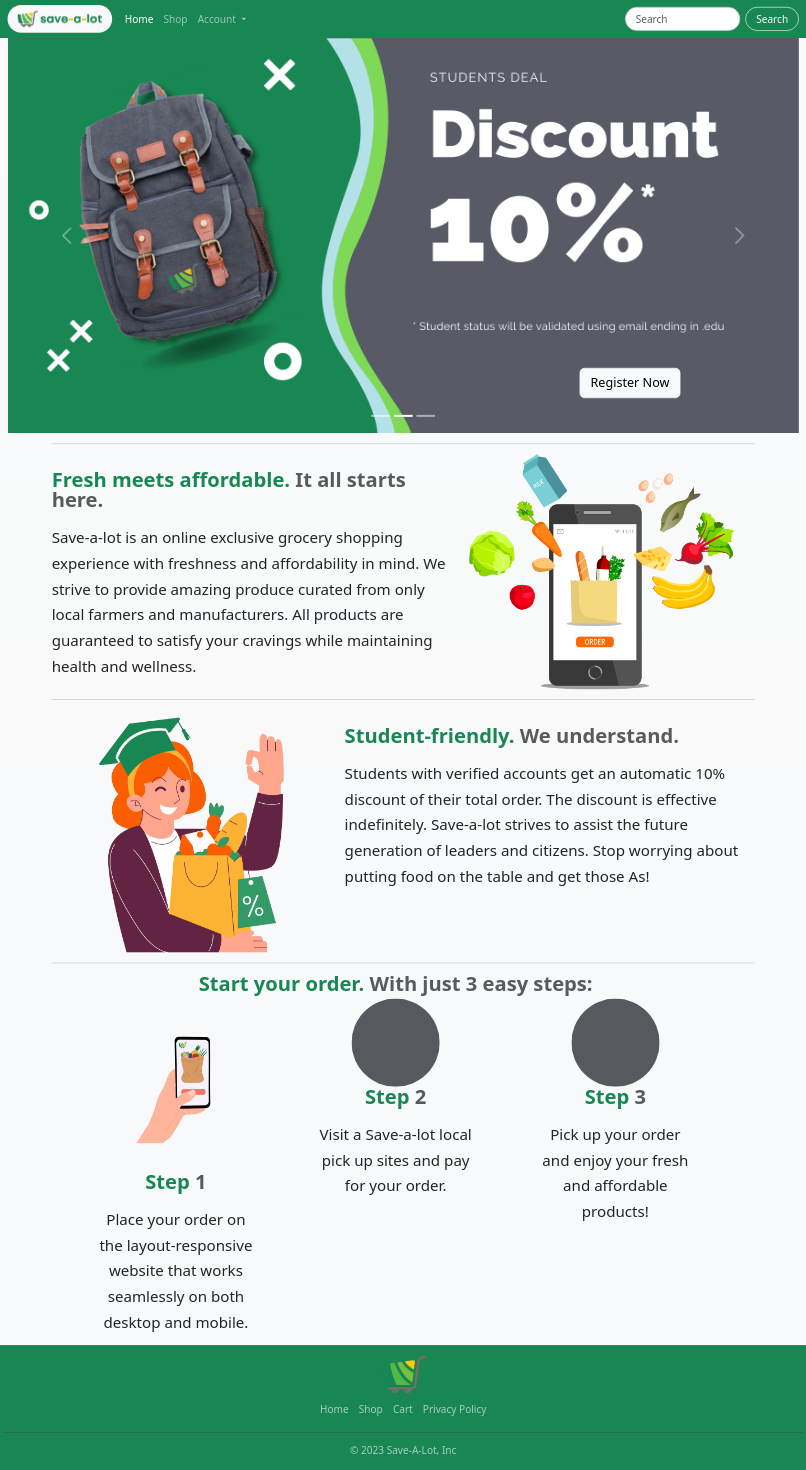
Repository: bill071194/savealot
Page: http://localhost/index
The author's editor kept a record of every edit. The page is drawn from the files as they stood at one moment, then again after the next edit.
The browser window is 1280 px wide. The pictures show the whole page, at 63% of full size.
The page is served by the project's Laravel application, run on PHP 8.4 with Laravel 10. Other server files are loaded and not shown. The database holds what the project's SQL file puts in it.

Above is the page before.

### savealot/routes/web.php
<?php

use Illuminate\Support\Facades\Route;
use App\Http\Controllers\Auth\LoginController;
use App\Http\Controllers\Auth\RegisterController;
use App\Http\Controllers\InventoryController;
use App\Http\Controllers\OrderController;
use App\Http\Controllers\AdminController;
use App\Http\Controllers\UserController;

/*
|--------------------------------------------------------------------------
| Web Routes
|--------------------------------------------------------------------------
|
| Here is where you can register web routes for your application. These
| routes are loaded by the RouteServiceProvider and all of them will
| be assigned to the "web" middleware group. Make something great!
|
*/

// Adding more default view in //
Route::view('/login', 'login');
Route::view('/register', 'register');
Route::view('/privacy', 'privacy');

Auth::routes();

Route::get('/home', [App\Http\Controllers\HomeController::class, 'index'])->name('home');

Route::controller(InventoryController::class)->group(function () {
    Route::get('/', 'homepage');
    Route::get('/index', 'homepage');
    Route::get('/inventory-create', 'create');
    Route::post('/inventory-create', 'store');
    Route::get('/inventory-{id}', 'edit');
    Route::post('/inventory-{id}', 'update');
    Route::post('/inventory/{id}/destroy', 'destroy');
    Route::post('/inventory/{id}/updateQty', 'updateQuantity');
    Route::get('/shop', 'shop');
    Route::get('/shop/{id}', 'show');
    Route::post('/shop/{id}/addToCart', 'addToCart');
    Route::post('/shop/{id}/removeFromCart', 'removeFromCart');
    Route::get('/search', 'search');
    Route::get('/cart', 'cart');
    Route::post('/emptyCart', 'emptyCart');
    Route::get('/uploadfile', 'uploadCSV');
    Route::post('/uploadfile', 'importCSV');
    Route::get('/uploadpicture', 'uploadPicture');
    Route::post('/uploadpicture', 'movePicture');
});

Route::controller(OrderController::class)->group(function () {
    Route::post('/cart/checkout', 'checkOut');
    Route::get('/orderhistory', 'orderHistory');
    Route::put('/order/{id}', 'update');
    Route::delete('/order/{id}', 'destroy');
});

Route::controller(AdminController::class)->group(function () {
    Route::get('/inventory', 'inventoriesDashboard');
    Route::get('/admin', 'adminRedirect');
    Route::get('/adminDashboard', 'adminDashboard');
    Route::get('/orders', 'ordersDashboard');
    Route::get('/ordersList', 'allOrders');
    Route::get('/users', 'usersDashboard');
    Route::get('/usersList', 'allUsers');
    Route::get('/transactions', 'transactionsDashboard');
});

Route::controller(UserController::class)->group(function () {
    Route::put('/user/{id}', 'update');
    Route::delete('/user/{id}', 'destroy');
});

### savealot/app/Models/Inventory.php
<?php

namespace App\Models;

use Illuminate\Database\Eloquent\Factories\HasFactory;
use Illuminate\Database\Eloquent\Model;

class inventory extends Model
{
    use HasFactory;

    protected $fillable = [
        'prod_name',
        'prod_description',
        'prod_purchase_price',
        'prod_selling_price',
        'prod_units',
        'prod_size',
        'prod_quantity',
        'prod_picture',
        'prod_color',
        'competitor_saveonfoods',
        'competitor_tnt',
        'competitor_walmart',
    ];
}

### savealot/resources/views/index.blade.php
@extends('layouts.base1b')

@section('title', 'Save-a-lot Home')
@section('activeHome', 'active')

@section('main')
<div id="myCarousel" class="carousel slide" data-bs-ride="carousel">
    <div class="carousel-indicators">
      <button type="button" data-bs-target="#myCarousel" data-bs-slide-to="0" class="active" aria-label="Slide 1" aria-current="true"></button>
      <button type="button" data-bs-target="#myCarousel" data-bs-slide-to="1" aria-label="Slide 2" class=""></button>
      <button type="button" data-bs-target="#myCarousel" data-bs-slide-to="2" aria-label="Slide 3" class=""></button>
    </div>
    <div class="carousel-inner">
      <div class="carousel-item active">
        <img src="pics/carousel1.png" alt="carousel1" class="center">
        <div class="container">
          <div class="carousel-caption">
            <p><a class="btn btn-lg btn-success" href="/shop">Shop Now</a></p>
          </div>
        </div>
      </div>
      <div class="carousel-item">
        <img src="pics/carousel2.png" alt="carousel2" class="center">
        <div class="container">
          <div class="carousel-caption text-end">
            <p><a class="btn btn-lg btn-light" href="/register">Register Now</a></p>
          </div>
        </div>
      </div>
      <div class="carousel-item">
        <img src="pics/carousel3.png" alt="carousel3" class="center">
        <div class="container">
        </div>
      </div>
    </div>
    <button class="carousel-control-prev" type="button" data-bs-target="#myCarousel" data-bs-slide="prev">
      <span class="carousel-control-prev-icon" aria-hidden="true"></span>
      <span class="visually-hidden">Previous</span>
    </button>
    <button class="carousel-control-next" type="button" data-bs-target="#myCarousel" data-bs-slide="next">
      <span class="carousel-control-next-icon" aria-hidden="true"></span>
      <span class="visually-hidden">Next</span>
    </button>
</div>

<div class="container marketing">

    <!-- START THE FEATURETTES -->

    <hr class="featurette-divider">

    <div class="row featurette">
      <div class="col-md-7">
        <br>
        <h2 class="featurette-heading fw-bold lh-1 text-success">Fresh meets affordable. <span class="text-body-secondary">It all starts here.</span></h2>
        <p class="lead">Save-a-lot is an online exclusive grocery shopping experience with freshness and affordability in mind. We strive to
        provide amazing produce curated from only local farmers and manufacturers. All products are guaranteed to satisfy your cravings while maintaining
        health and wellness.</p>
      </div>
      <div class="col-md-5">
        <img class="featurette" src="pics/featurette1.png">
      </div>
    </div>

    <hr class="featurette-divider">

    <div class="row featurette">
      <div class="col-md-7 order-md-2">
        <br>
        <h2 class="featurette-heading fw-bold lh-1 text-success">Student-friendly. <span class="text-body-secondary">We understand.</span></h2>
        <p class="lead">Students with verified accounts get an automatic <strong>10% discount</strong> of their total order. The discount is effective indefinitely.
        Save-a-lot strives to assist the future generation of leaders and citizens. Stop worrying about putting food on the table and get those As!</p>
      </div>
      <div class="col-md-5 order-md-1">
        <img class="featurette" src="pics/featurette2.png">
      </div>
    </div>

    <hr class="featurette-divider">

    <!-- /END THE FEATURETTES -->

    <!-- START 3 COLUMNS OF STEPS -->
    <div class="row featurette justify-content-evenly">
      <h2 class="featurette-heading fw-bold lh-1 text-success text-center">Start your order. <span class="text-body-secondary">With just 3 easy steps:</span></h2>
      <div class="col-lg-3 text-center">
        <img class="steps" src="pics/step1.png" alt="step1">
        <h2 class="featurette-heading fw-bold lh-1 text-success text-center">Step <span class="text-body-secondary">1</span></h2>
        <p class="lead">Place your order on the layout-responsive website that works seamlessly on both desktop and mobile.</p>
      </div><!-- /.col-lg-4 -->
      <div class="col-lg-3 text-center">
        <svg class="bd-placeholder-img rounded-circle" width="140" height="140" xmlns="http://www.w3.org/2000/svg" role="img" aria-label="Placeholder" preserveAspectRatio="xMidYMid slice" focusable="false"><title>Placeholder</title><rect width="100%" height="100%" fill="var(--bs-secondary-color)"></rect></svg>
        <h2 class="featurette-heading fw-bold lh-1 text-success text-center">Step <span class="text-body-secondary">2</span></h2>
        <p class="lead">Visit a Save-a-lot local pick up sites and pay for your order.</p>
      </div><!-- /.col-lg-4 -->
      <div class="col-lg-3 text-center">
        <svg class="bd-placeholder-img rounded-circle" width="140" height="140" xmlns="http://www.w3.org/2000/svg" role="img" aria-label="Placeholder" preserveAspectRatio="xMidYMid slice" focusable="false"><title>Placeholder</title><rect width="100%" height="100%" fill="var(--bs-secondary-color)"></rect></svg>
        <h2 class="featurette-heading fw-bold lh-1 text-success text-center">Step <span class="text-body-secondary">3</span></h2>
        <p class="lead">Pick up your order and enjoy your fresh and affordable products!</p>
      </div><!-- /.col-lg-4 -->
    </div>
    <!-- END COLUMNS -->

  </div>

@endsection

### savealot/public/savealot.sql (the tables this page reads)
CREATE TABLE `inventories` (
  `id` bigint(20) UNSIGNED NOT NULL,
  `prod_name` varchar(255) NOT NULL,
  `prod_description` varchar(255) DEFAULT NULL,
  `prod_purchase_price` decimal(9,2) DEFAULT NULL,
  `prod_selling_price` decimal(9,2) DEFAULT NULL,
  `prod_units` varchar(255) DEFAULT NULL,
  `prod_size` int(11) DEFAULT NULL,
  `prod_quantity` int(11) DEFAULT NULL,
  `prod_picture` varchar(255) DEFAULT NULL,
  `prod_color` text DEFAULT '#198754',
  `prod_sold` int(11) NOT NULL DEFAULT 0,
  `prod_revenue` decimal(12,2) NOT NULL DEFAULT 0.00,
  `competitor_saveonfoods` decimal(8,2) DEFAULT NULL,
  `competitor_tnt` decimal(8,2) DEFAULT NULL,
  `competitor_walmart` decimal(8,2) DEFAULT NULL,
  `created_at` timestamp NULL DEFAULT NULL,
  `updated_at` timestamp NULL DEFAULT NULL
) ENGINE=InnoDB DEFAULT CHARSET=utf8mb4 COLLATE=utf8mb4_unicode_ci;

INSERT INTO `inventories` (`id`, `prod_name`, `prod_description`, `prod_purchase_price`, `prod_selling_price`, `prod_units`, `prod_size`, `prod_quantity`, `prod_picture`, `prod_color`, `prod_sold`, `prod_revenue`, `competitor_saveonfoods`, `competitor_tnt`, `competitor_walmart`, `created_at`, `updated_at`) VALUES
(2, 'Yakisoba Chow Mein', 'These noodles don\'t taste like either Yakisoba or Chow Mein, but they\'re still pretty good. Especially at this price!', 4.00, 6.00, '5x102g', 510, 21, 'pics/Yakisoba_Noodles.jpg', '#ffc200', 18, 108.00, 7.39, NULL, NULL, NULL, '2023-04-09 04:10:17'),
(3, 'Unsalted Cashews', 'These cashews are cheaper than they are at other stores.', 10.00, 13.00, NULL, 800, 10, 'pics/Unsalted_Cashews.webp', '#ef5c02', 1, 13.00, 19.99, 17.99, NULL, '2023-03-21 12:38:50', '2023-04-09 09:30:48'),
(4, 'Salted Cashews', 'These cashews are saltier than other cashews.', 10.00, 13.00, NULL, 800, 17, 'pics/Salted_Cashews.webp', '#4abbe7', 1, 13.00, 19.99, 17.99, NULL, NULL, '2023-04-09 04:10:27'),
(7, 'Que Pasa Yellow Tortilla Chips', 'These whole grain corn tortilla chips are yellow and only a little bit salty.', 3.00, 4.50, NULL, 350, 23, 'pics/Que_Pasa_Yellow.jpg', '#ffb95b', 13, 58.50, 5.69, NULL, 4.97, '2023-03-21 08:27:27', '2023-04-09 04:10:04'),
(8, 'Que Pasa Blue Tortilla Chips', 'These whole grain corn tortilla chips are blue and a little bit salty.', 3.00, 4.50, NULL, 350, 22, 'pics/Que_Pasa_Blue.jpg', '#698abd', 13, 58.50, 5.69, NULL, 4.97, '2023-03-21 08:32:18', '2023-04-09 04:10:02'),
(9, 'Que Pasa Red Tortilla Chips', 'These whole grain corn chips are red and a little bit salty.', 3.00, 4.50, NULL, 350, 22, 'pics/Que_Pasa_Red.jpg', '#f4685a', 13, 58.50, 5.69, NULL, 4.97, '2023-03-21 08:36:30', '2023-04-09 04:10:00'),
(21, 'Kellogg\'s Fun Pac Cereal', '8 small packages of cereal, including Rice Krispies, Corn Pops!, Froot Loops, and Frosted Flakes. Theeyyy\'re great!', 4.00, 6.00, '8x210g', 1680, 13, 'pics/Kellogg\'s Fun Pac Cereal.jpeg', '#00bcfa', 4, 24.00, 6.29, NULL, 4.97, '2023-03-29 03:45:03', '2023-04-09 06:31:44'),
(22, 'Pop Tarts Jumbo Pack', '24-pack of Pop Tarts with three flavours: Strawberry, Blueberry, Raspberry', 7.00, 8.50, '24x48g', 1150, 15, 'pics/Pop Tarts Jumbo Pack.jpeg', '#00afef', 5, 42.50, 11.49, NULL, NULL, '2023-03-29 03:50:16', '2023-04-09 04:10:08'),
(23, 'Lay\'s Chips Variety Pack', '18 packages of Lay\'s chips: 6 Original, 4 Bar-B-Q, 4 Ketchup, 4 Salt & Vinegar. Warning, most of these flavours are polarizing.', 8.00, 9.25, '18x28g', 504, 16, 'pics/Lays Mix Variety Pack.jpeg', '#e69f0d', 4, 37.00, 14.49, NULL, 9.27, '2023-03-29 03:57:12', '2023-04-09 04:10:09'),
(24, 'Hardbite Ghost Pepper Chips', 'These Hardbite Sweet Ghost Pepper Potato Chips are pretty spicy. Eat them at your own risk.', 3.50, 4.50, NULL, 128, 21, 'pics/Hardbite Ghost Pepper Chips.jpeg', '#a72c3b', 14, 63.00, 4.99, NULL, 4.47, '2023-03-29 04:02:41', '2023-04-09 04:10:20'),
(25, 'Miss Vickie\'s Favourites Chips', '10 packs of Miss Vickie\'s potato chips: 4 Original Recipe, 3 Sweet Chili & Sour Cream, 3 Sea Salt & Malt Vinegar', 5.00, 6.50, '10x24g', 240, 16, 'pics/Miss Vickie\'s Favourites.jpeg', '#efe2ba', 9, 58.50, 9.29, NULL, 6.97, '2023-03-29 04:26:14', '2023-04-09 04:09:58'),
(34, 'Monster Energy - Mango Loco', 'This 4 pack of Monster Energy - Mango Loco packs a punch! It combines the taste of a regular energy drink with a lot of real fruit juices and ends up being delicious.', 8.00, 9.50, '4x473ml', NULL, 16, 'pics/Monster_Punch_Mango.jpeg', '#269fcc', 14, 133.00, 13.49, NULL, 9.97, '2023-04-08 10:07:14', '2023-04-09 08:58:51'),
(36, 'Monster Energy - Zero Ultra', 'Despite having almost no calories, this 4-pack of Monster Energy Zero Ultra will boost your energy, all with a smooth taste', 8.00, 9.50, '4x473ml', NULL, 13, 'storage/pics/Monster_Zero_Ultra.jpeg', '#f0f0f0', 7, 66.50, 13.49, NULL, 9.97, '2023-04-09 03:04:18', '2023-04-09 04:10:18'),
(46, 'Monster Energy', 'The original Monster Energy flavour in a pack of 4.', 8.00, 9.50, '4x473ml', NULL, 14, 'storage/pics/Monster_Energy.jpeg', '#86ca00', 6, 57.00, 13.49, NULL, 9.97, '2023-04-09 03:44:02', '2023-04-09 04:10:06'),
(51, 'Coca-Cola - Coke Zero', 'These 12 cans of Coca-Cola Zero have no sugar!', 5.00, 6.50, '12x355ml', 4260, 20, 'storage/pics/Coca-Cola_Zero.jpeg', '#cc3333', 0, 0.00, 8.29, 0.00, 0.00, '2023-04-10 02:59:59', '2023-04-10 02:59:59'),
(52, 'Pepsi - Cola Cans', 'These 12 cans of Pepsi have lots of sugar!', 5.00, 6.50, '12x355ml', 4260, 20, 'storage/pics/Pepsi-Cola.jpeg', '#3366cc', 0, 0.00, 8.29, 0.00, 0.00, '2023-04-10 02:59:59', '2023-04-10 02:59:59');

ALTER TABLE `inventories`
  ADD PRIMARY KEY (`id`),
  ADD UNIQUE KEY `inventory_prod_name_unique` (`prod_name`);

ALTER TABLE `inventories`
  MODIFY `id` bigint(20) UNSIGNED NOT NULL AUTO_INCREMENT, AUTO_INCREMENT=53;

Loaded but not shown: savealot/app/Http/Controllers/Auth/ConfirmPasswordController.php (common file); savealot/app/Http/Controllers/Controller.php (common file); savealot/public/bootstrap.css (library); savealot/public/bootstrap.bundle.js (library); savealot/resources/views/layouts/base1b.blade.php (225 lines, source omitted); savealot/app/Http/Controllers/InventoryController.php (270 lines, source omitted)

After the next edit:
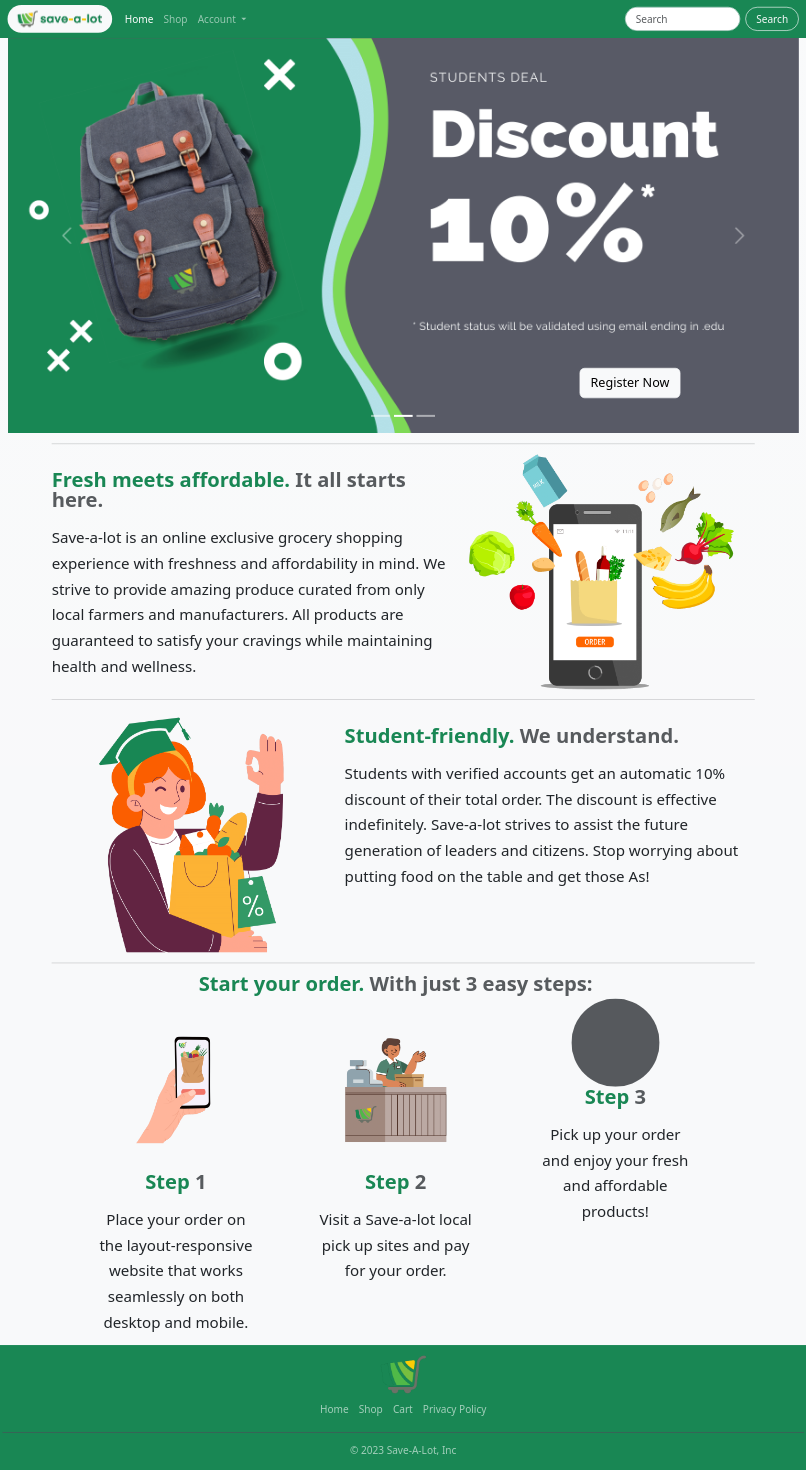
The edit:
--- a/savealot/resources/views/index.blade.php
+++ b/savealot/resources/views/index.blade.php
@@ -89,7 +89,7 @@
         <p class="lead">Place your order on the layout-responsive website that works seamlessly on both desktop and mobile.</p>
       </div><!-- /.col-lg-4 -->
       <div class="col-lg-3 text-center">
-        <svg class="bd-placeholder-img rounded-circle" width="140" height="140" xmlns="http://www.w3.org/2000/svg" role="img" aria-label="Placeholder" preserveAspectRatio="xMidYMid slice" focusable="false"><title>Placeholder</title><rect width="100%" height="100%" fill="var(--bs-secondary-color)"></rect></svg>
+        <img class="steps" src="pics/step2.png" alt="step1">
         <h2 class="featurette-heading fw-bold lh-1 text-success text-center">Step <span class="text-body-secondary">2</span></h2>
         <p class="lead">Visit a Save-a-lot local pick up sites and pay for your order.</p>
       </div><!-- /.col-lg-4 -->
